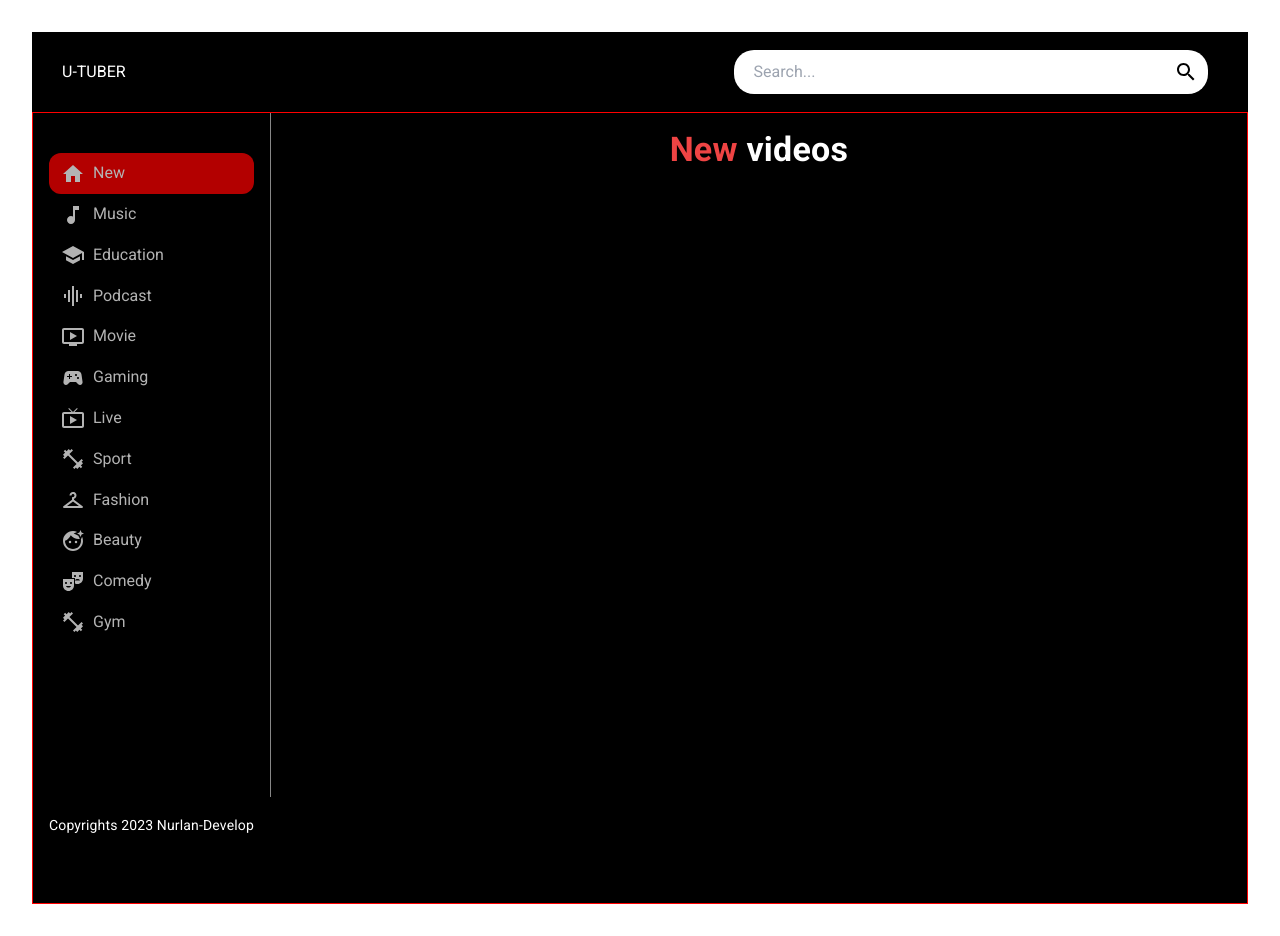
Repository: Nurlan-Bakenbaev/YoutubeClone
Page: /
These files come from the project's save history. The page is drawn as it stood at one moment and after a run of saves; the edit follows.
The browser window is 1280 px wide. The pictures show the whole page.
The page's requests for data from a server got no answer. The project was rebuilt for these pictures with package versions that can differ from the ones it lists, and the page was loaded fresh each time. No one was signed in, and anything a server would have sent is missing. Also part of the build but not shown: vite.config.js, src/components/VideoCard.jsx, src/components/ChannelCard.jsx, src/components/VideoDetails.jsx, src/components/SearchFeed.jsx, src/components/ChannelDetails.jsx.

Above is the page before, as saved 2023-09-08 15:35:33.

After the next 3 saves:
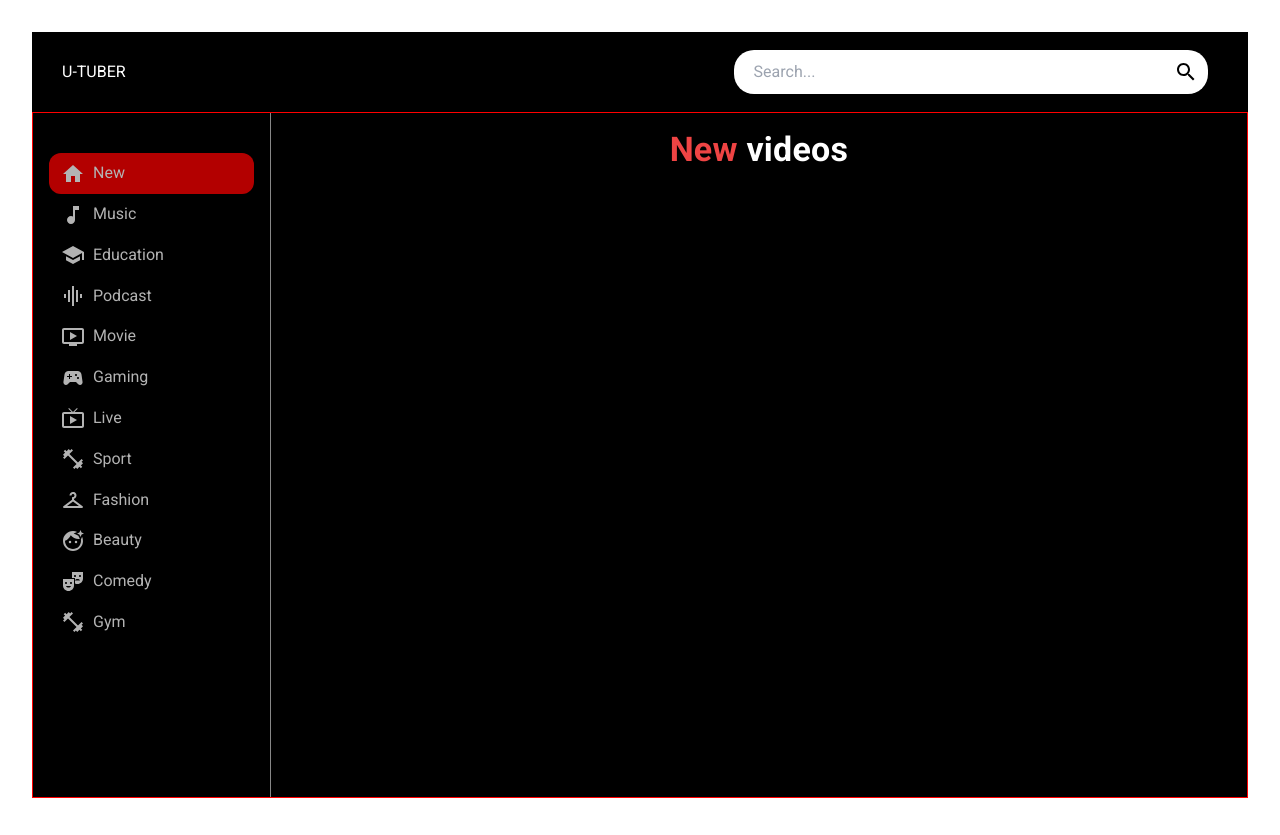
The 3 saves are shown as one change because they came seconds apart.
The last was saved 22 s later.
--- a/src/components/Feed.jsx
+++ b/src/components/Feed.jsx
@@ -13,7 +13,7 @@
   }, [selectedCategory]);
 
   return (
-    <Stack sx={{ flexDirection: { sx: "column", md: "row" }, border:'1px solid red',height:'110vh' }}>
+    <Stack sx={{ flexDirection: { sx: "column", md: "row" }, border:'1px solid red',height:'100%' }}>
       <Box
         sx={{
           height: { sx: "auto", md: "95vh" },

After the 3 saves that followed:
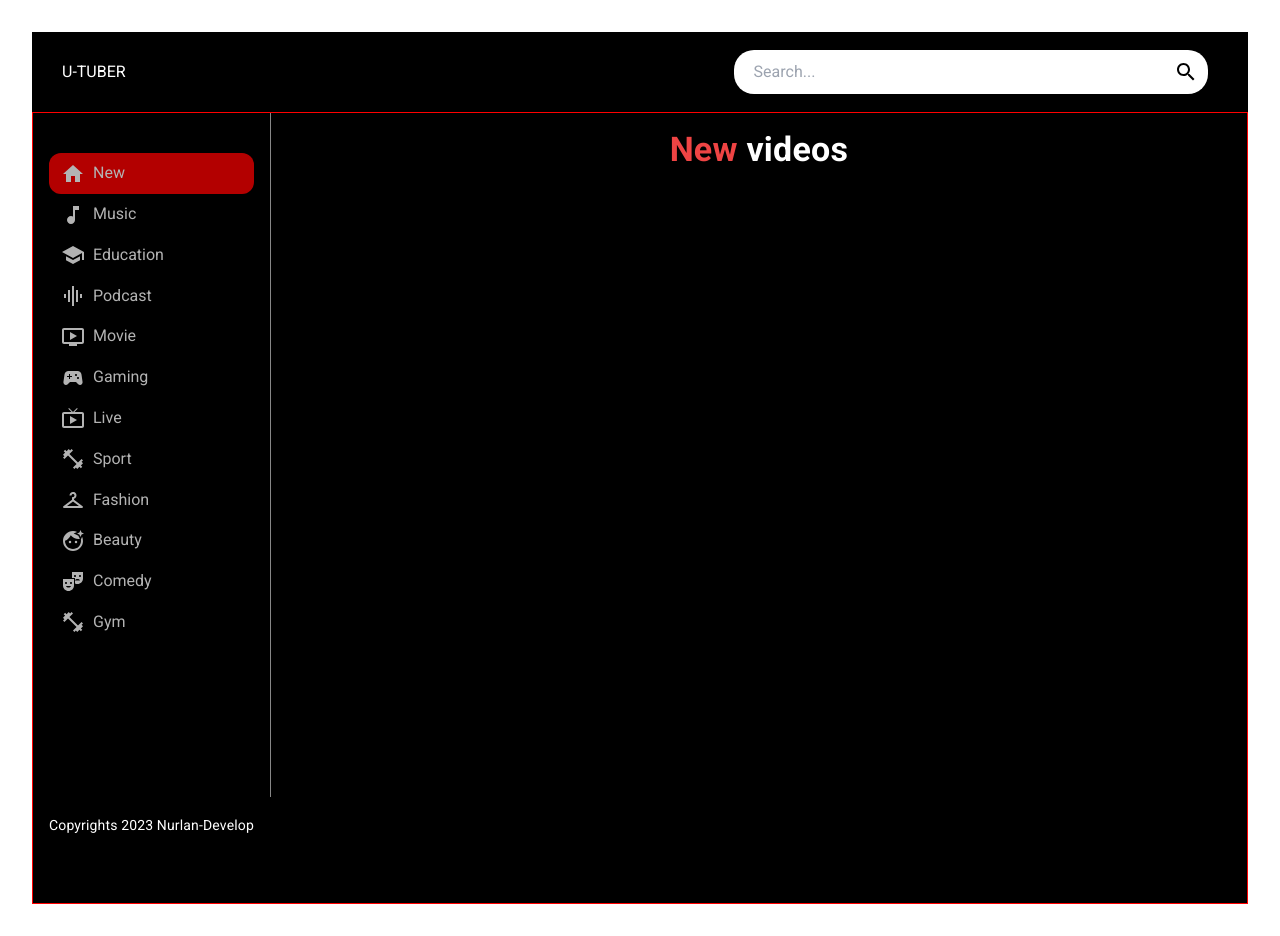
The 3 saves are shown as one change because they came seconds apart.
The last was saved 13 s later.
--- a/src/components/Feed.jsx
+++ b/src/components/Feed.jsx
@@ -13,7 +13,7 @@
   }, [selectedCategory]);
 
   return (
-    <Stack sx={{ flexDirection: { sx: "column", md: "row" }, border:'1px solid red',height:'100%' }}>
+    <Stack sx={{ flexDirection: { sx: "column", md: "row" }, border:'1px solid red',height:'110vh' }}>
       <Box
         sx={{
           height: { sx: "auto", md: "95vh" },
